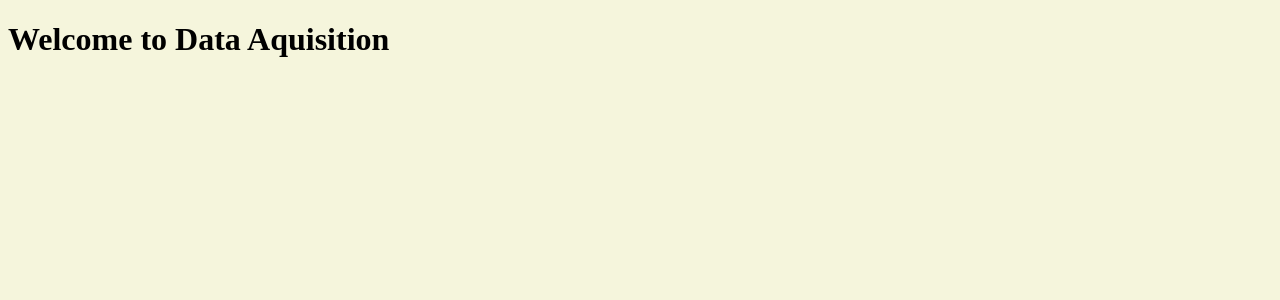
Repository: randy918/good-naked-beginning
Page: index.html
The author's editor kept a copy of each file at every save. The page is drawn from the files as they stood at one save, then again after a run of saves.
The browser window is 1280 px wide. The pictures show the whole page.
The style sheet was rebuilt from its Sass, Less or Tailwind sources for each picture, by a compiler version that may differ from the author's.

Above is the page before, as saved 2023-01-01 14:52:40.

### index.html
<!DOCTYPE html>
<html lang="en">

    <head>
        <meta charset="UTF-8">
        <meta http-equiv="X-UA-Compatible" content="IE=edge">
        <meta name="viewport" content="width=device-width, initial-scale=1.0">
        <link rel="stylesheet" href="css/main.css" <script
            src="https://ajax.googleapis.com/ajax/libs/jquery/3.6.3/jquery.min.js" defer>
        </script>
        <script src="./js/myfunctions.js"></script>
        <!-- Include Handlebars from a CDN -->
        <script src="https://cdn.jsdelivr.net/npm/handlebars@latest/dist/handlebars.js"></script>
        <script>
            // compile the template
            var template = Handlebars.compile("Handlebars <b>{{doesWhat}}</b>");
            // execute the compiled template and print the output to the console
            console.log(template({ doesWhat: "rocks!" }));
        </script>



        <title>Movie App Esterling</title>
    </head>

    <body>

        <div class="container">
            <h1>Welcome to Data Aquisition</h1>

            <form>
                <div class="form-group">

                </div>

            </form>
        </div>

        <script src="js/key.js"></script>
        <script src="js/index.js"></script>

    </body>

</html>

<!-- ca1f26ba6eb2ba4fb641257b39d3bea7 -->

### js/myfunctions.js
//todo   function a(toAlert)
//todo   function c(toConsole)
//todo   function cr(toConsole)
//todo   function r(min, max)  Random integers, can be just 'max'
//todo   function getTime()--works! it is 72519.1414 format
//todo   function getCompleteDate()
//todo   function getMinute()
//todo   function getHour()
//todo   function getHour00()
//todo   function get24Hour()
//todo   function get24Hour00()
//todo   function getDay()
//todo   function getDay00()
//todo   function getMonth()
//todo   function getMonth00()
//todo   function getYear()
//todo   function getYear00()
//todo   function t()    eternal timestamp long number
//todo   function placeText(myIdClass, text)   unsure if it works?
//todo   function placeText2(myIdClass, text)   unsure if it works?
//todo   function getText(myIdClass)....brings whole line incl. tags
//todo   function getInnerText(myIdClass)
//todo   function getOuterText(myIdClass)
//todo   function addClass(myIdClass, newClass)
//todo   function removeClass(myIdClass, removeClass)
//todo   function changeBackgroundColor(myIdClass, color)
//todo   function changeTypeColor(myIdClass, color)
//todo   function changeTypeSize(myIdClass, size)
//todo   function addCSSText(myIdClass, text)

function a(toAlert) {
  alert(toAlert);
}

function c(toConsole) {
  console.log(toConsole);
}
function cw(toConsole) {
  console.warn(toConsole);
}
function ce(toConsole) {
  console.error(toConsole);
}

function cr(toConsole) {
  var styles = [
    // 'font-size: 30px',
    "color: red",
  ].join(";");
  console.log(`%c` + toConsole, styles);
}

function r(min, max) {
  // 2.0, accepts single value for 1-x
  if (max === undefined) {
    max = min;
    min = 1;
  }
  const randomNumber = min - 1 + Math.ceil(Math.random() * (max + 1 - min));
  return randomNumber;
}
// may not be a real function
function getTime() {
  var today = new Date();
  var codeMonth = today.getMonth() + 1;
  var codeDay = today.getDate();
  if (codeDay < 10) {
    codeDay = "0" + codeDay;
  }
  var codeMinute = today.getMinutes();
  var codeHour = today.getHours();
  if (codeMinute < 10) {
    codeMinute = "0" + codeMinute;
  }
  if (codeHour < 10) {
    codeHour = "0" + codeHour;
  }
  var codeYear = today.getFullYear() - 2000;
  var dateTime =
    codeMonth + "" + codeDay + "" + codeYear + "." + codeHour + "" + codeMinute;
  // document.getElementById(`timeStamp`).innerHTML = dateTime;
  t = setTimeout(function () {
    getTime();
  }, 30000);
  return dateTime;
}

function getCompleteDate() {
  const today = new Date();
  return today;
}

function getMinute() {
  const today = new Date();
  const codeMinute = today.getMinutes();
  if (codeMinute < 10) {
    codeMinute = "0" + codeMinute;
  }
  return codeMinute;
}

function getMinute00() {
  const today = new Date();
  let codeMinute = today.getMinutes();
  if (codeMinute < 10) {
    codeMinute = "0" + codeMinute;
  }
  return codeMinute;
}

function getHour() {
  const today = new Date();
  let codeHour = today.getHours();
  if (codeHour > 12) {
    codeHour = codeHour - 12;
  }
  return codeHour;
}

function getAmPm() {
  let amPm = "am";
  const today = new Date();
  let codeHour = today.getHours();
  if (codeHour > 12) {
    amPm = "pm";
  }
  return amPm;
}

function getHour00() {
  const today = new Date();
  const codeHour = today.getHours();
  if (codeHour > 12) {
    codeHour = codeHour - 12;
  }
  if (codeHour < 10) {
    codeHour = "0" + codeHour;
  }
  return codeHour;
}

function get24Hour() {
  const today = new Date();
  const codeHour = today.getHours();
  return codeHour;
}

function get24Hour00() {
  const today = new Date();
  const codeHour = today.getHours();
  if (codeHour < 10) {
    codeHour = "0" + codeHour;
  }
  return codeHour;
}

function getDayVerbal() {
  const today = new Date();
  const codeDay = today.getDay() + 1;
  return theDay[codeDay];
}

function getDay00() {
  const today = new Date();
  const codeDay = today.getDate();
  if (codeDay < 10) {
    codeDay = "0" + codeDay;
  }
  return codeDay;
}

function getDay() {
  const today = new Date();
  const codeDay = today.getDate();
  return codeDay;
}

function getMonthVerbal() {
  const today = new Date();
  const codeMonth = today.getMonth() + 1;
  return theMonth[codeMonth];
}

function getMonth00() {
  const today = new Date();
  const codeMonth = today.getMonth() + 1;
  if (codeMonth < 10) {
    codeMonth = "0" + codeMonth;
  }
  return codeMonth;
}

function getMonth() {
  const today = new Date();
  const codeMonth = today.getMonth() + 1;
  return codeMonth;
}

function getYear00() {
  const today = new Date();
  const codeYear = today.getYear() - 100;
  if (codeYear < 10) {
    codeMYear = "0" + codeYear;
  }
  return codeYear;
}

function getYear() {
  const today = new Date();
  const codeYear = today.getYear() + 1900;
  return codeYear;
}

function t() {
  const now = new Date();
  eventTimestamp = now.getTime();
  // c(eventTimestamp);
  return eventTimestamp;
}
//    !  72419.1659 DOM MANIPULATION
//!
//!  placeText   element name, and text to put there--runs loosely?

function placeText(myIdClass, text) {
  const myElement = document.querySelector(myIdClass);
  myElement.innerText = text;
}
//    the function is longer than the original
// $(myIdClass).text(text)   <---works
function placeText2(myIdClass, text) {
  $(myIdClass).text(text);
}
function getText(myIdClass) {
  return document.querySelector(myIdClass);
}

function getInnerText(myIdClass) {
  return document.querySelector(myIdClass).innerHTML;
}

function getOuterText(myIdClass) {
  return document.querySelector(myIdClass).outerHTML;
}

function addClass(myIdClass, newClass) {
  document.querySelector(myIdClass).classList.add(newClass);
}

function removeClass(myIdClass, removeClass) {
  document.querySelector(myIdClass).classList.remove(removeClass);
}
// not sure what this one is for now
function containsClass(myIdClass, containsClass) {
  document.querySelector(myIdClass).classList.contains(containsClass);
}
// above, can switch and toggle  also  mmtuts YOUTUBE 29-31 USING JAVASCRIPT
function changeBackgroundColor(myId, color) {
  document.getElementById(myId).style.background = color;

  // document.querySelector(myIdClass).style.backgroundColor = color;
}

function changeTypeColor(myIdClass, color) {
  document.querySelector(myIdClass).style.color = color;
}

function changeTypeSize(myIdClass, size) {
  document.querySelector(myIdClass).style.fontSize = size;
}

function addCSSText(myIdClass, text) {
  document.querySelector(myIdClass).style.cssText = text;
}

//!  72519.1714    Common Basic VARIABLE ARRAYS
var theDay = new Array(
  "Zero",
  "Sunday",
  "Monday",
  "Tuesday",
  "Wednesday",
  "Thursday",
  "Friday",
  "Saturday"
);
var theDayMin3 = new Array(
  "Zero",
  "Sun.",
  "Mon.",
  "Tues.",
  "Wed.",
  "Thurs.",
  "Fri.",
  "Sat."
);
var theDayMin2 = new Array("Zero", "S", "M", "Tu", "W", "Th", "F", "S");
var theDayMin1 = new Array("Zero", "S", "M", "T", "W", "T", "F", "S");
var theMonth = new Array(
  "Zero",
  "January",
  "February",
  "March",
  "April",
  "May",
  "June",
  "July",
  "August",
  "September",
  "October",
  "November",
  "December"
);
var theMonthMin = new Array(
  "Zero",
  "Jan.",
  "Feb.",
  "Mar.",
  "Apr.",
  "May",
  "June",
  "July",
  "Aug.",
  "Sept.",
  "Oct.",
  "Nov.",
  "Dec."
);

function showDateTimeFormat() {
  const today = new Date();
  const formattedDate = new Intl.DateTimeFormat("en-US").format(today);
  const consoleFunctioningMessage = `
Console functioning: ${getDayVerbal()}, ${getMonthVerbal()} ${getDay()} at ${getHour()}:${getMinute00()}${getAmPm()}
  `;
  return consoleFunctioningMessage;
}
showDateTimeFormat();

console.log(`%c${showDateTimeFormat()}`, "font-size: 20px; color: gray");

//console.log("%cThis is a default font style", "color: blue; font-size: 20px");

### js/key.js
const APIKEY = "ca1f26ba6eb2ba4fb641257b39d3bea7";

### js/index.js
//!  121822.0830        VARIABLES



//!  121822.0826        FUNCTIONS

const init = function () {
  main();
};


window.onload = function () {
    init();
};



//!  123122.1839        MAIN

const main = function () {

console.log('jhello');


};


//!  123122.1839        END

### css/main.scss
body {

background: beige;

}

After the next 3 saves:
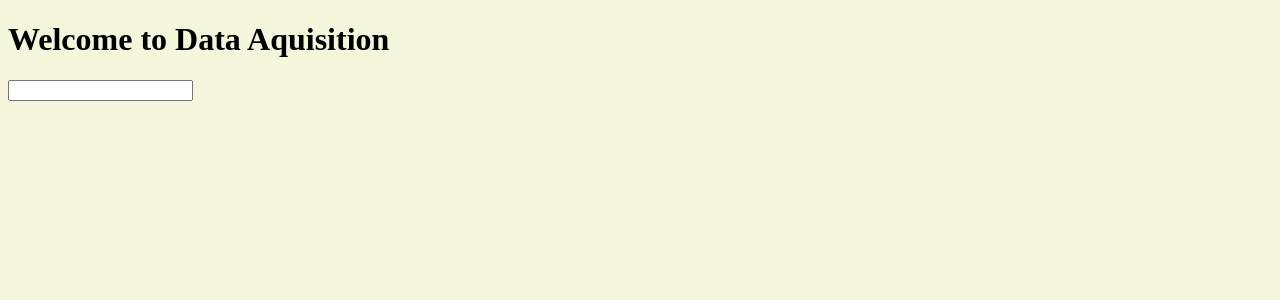
The 3 saves are shown as one change because they came seconds apart.
The last was saved 12 s later.
--- a/index.html
+++ b/index.html
@@ -30,7 +30,7 @@
 
             <form>
                 <div class="form-group">
-
+<input type="text">
                 </div>
 
             </form>
